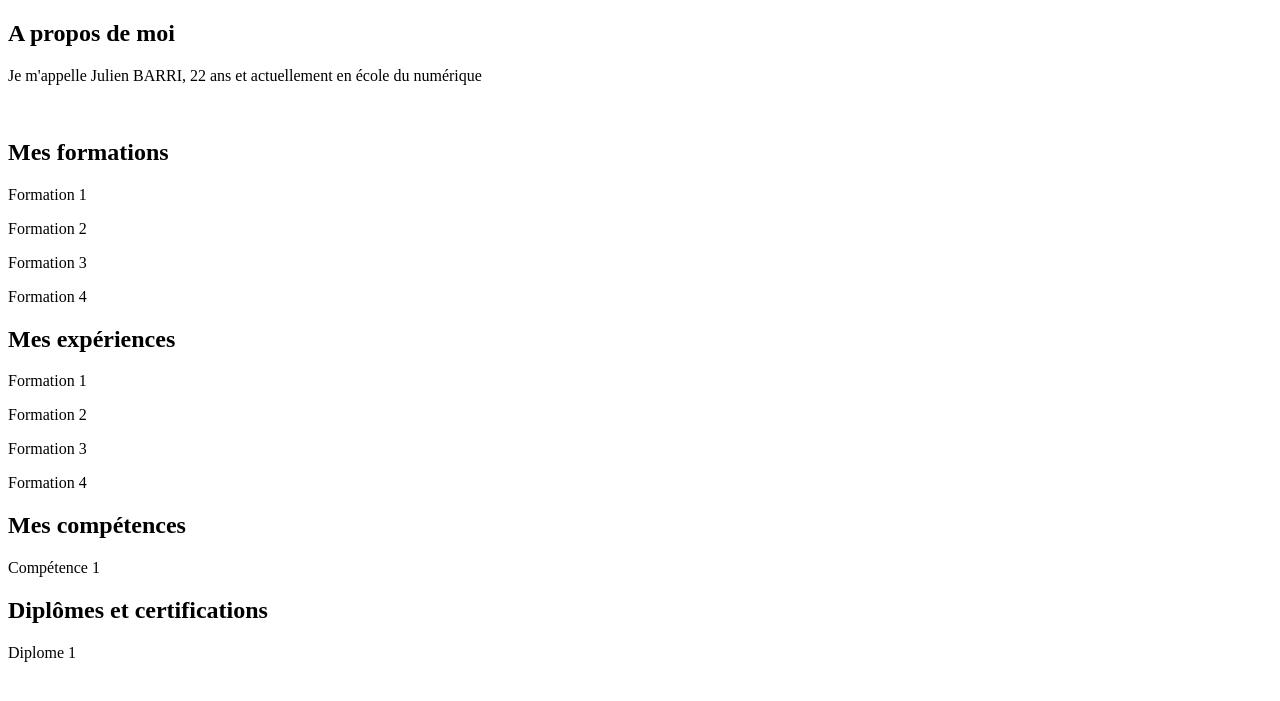
Repository: barridev/cours_devops.github.io
Page: index.html
The author's editor kept a copy of each file at every save. The page is drawn from the files as they stood at one save, then again after the next save.
The browser window is 1280 px wide. The pictures show the whole page.

Above is the page before, as saved 2022-06-13 15:03:08.

### index.html
<!DOCTYPE html>
<html lang="en">

<head>
    <meta charset="UTF-8">
    <meta http-equiv="X-UA-Compatible" content="IE=edge">
    <meta name="viewport" content="width=device-width, initial-scale=1.0">
    <title>Document</title>
    <link rel="stylesheet" href="style.css">
</head>

<body>

    <section>
        <div>
            <h1>A propos de moi</h1>
            <p>Je m'appelle Julien BARRI, 22 ans et actuellement en école du numérique</p>
            <img src="" alt="">
        </div>
    </section>

    <section>
        <div class="test">
            <h2> Mes formations </h2>
            <p>Formation 1</p>
            <p>Formation 2</p>
            <p>Formation 3</p>
            <p>Formation 4</p>
        </div>
    </section>

    <section>
        <div>
            <h2> Mes expériences </h2>
            <p>Formation 1</p>
            <p>Formation 2</p>
            <p>Formation 3</p>
            <p>Formation 4</p>
        </div>
    </section>

    <section>
        <div>
            <h2> Mes compétences</h2>
            <p>Compétence 1</p>
        </div>

    </section>

    <section>
        <div>
            <h2> Diplômes et certifications</h2>
            <p>Diplome 1</p>
        </div>

    </section>

</body>

</html>

### style.css
.body {
    text-align: center;
}

After the next save:
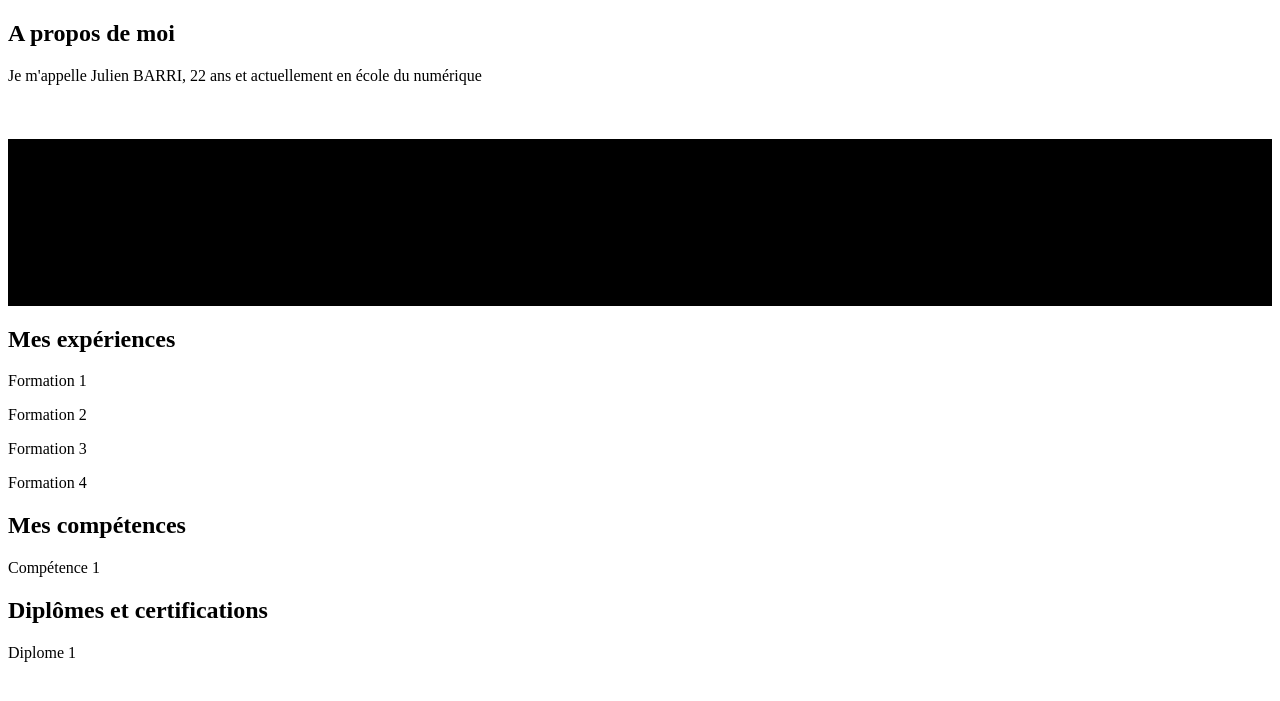
Saved 5 s later.
--- a/style.css
+++ b/style.css
@@ -1,3 +1,7 @@
 .body {
     text-align: center;
 }
+
+.test {
+    background-color: black;
+}

After the 2 saves that followed:
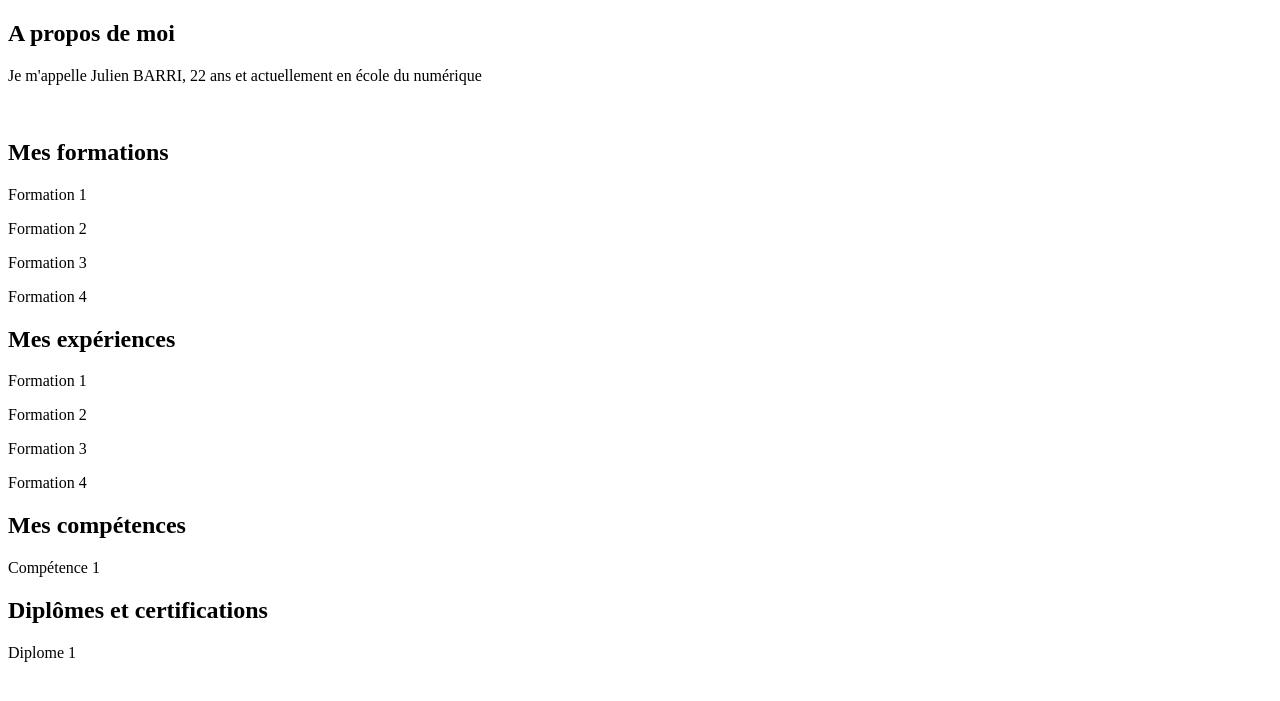
The 2 saves are shown as one change because they came seconds apart.
The last was saved 8 s later.
--- a/style.css
+++ b/style.css
@@ -3,5 +3,5 @@
 }
 
 .test {
-    background-color: black;
+    background-color: white;
 }
